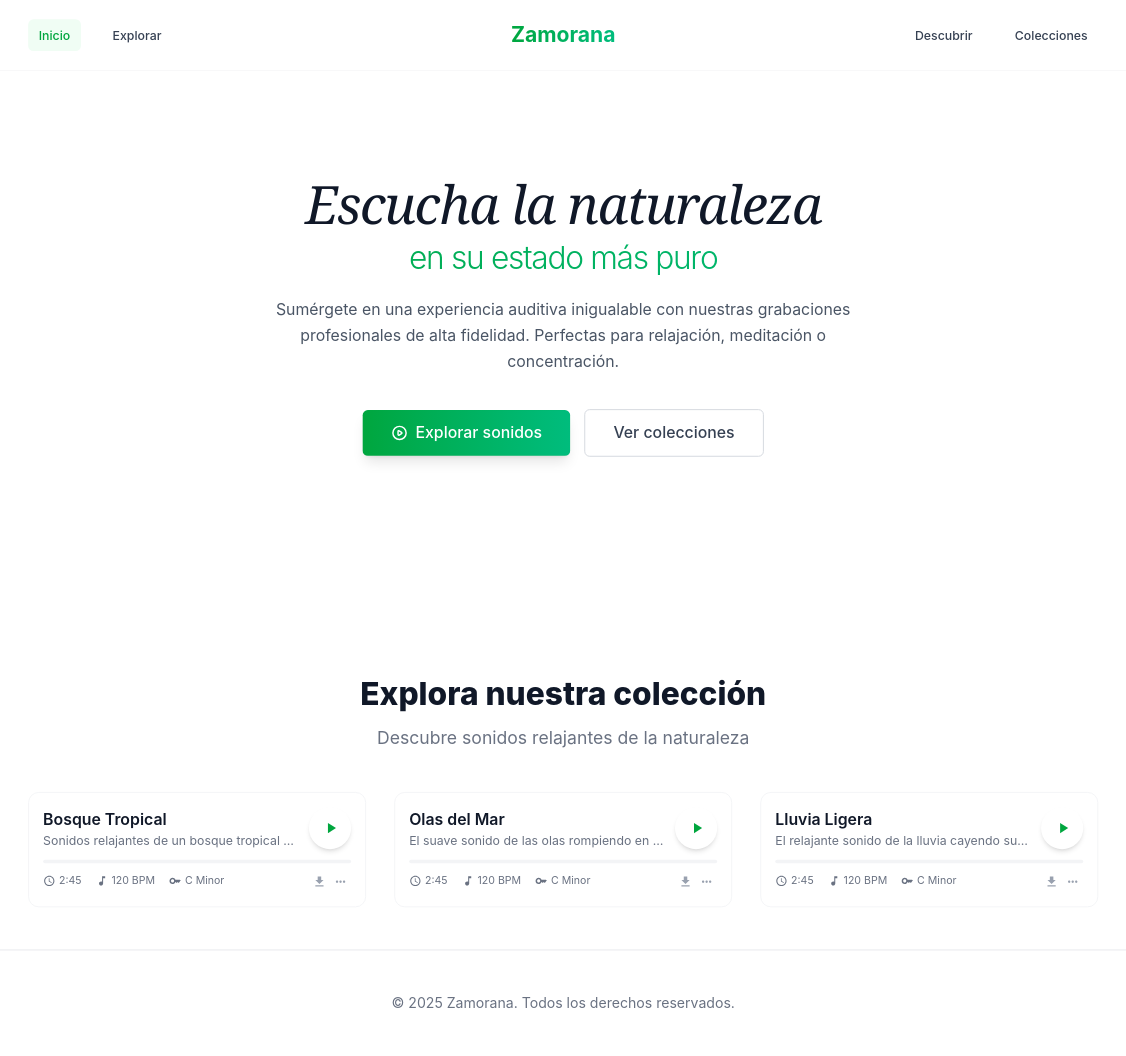
Repository: Alxre98/Zamorana
Page: /
An editor plug-in stored every save of this project. The page is shown before and after the next save, followed by the edit.
The browser window is 1280 px wide. The pictures show the whole page, at 88% of full size.
The project was rebuilt for these pictures with package versions that can differ from the ones it lists, and the page was loaded fresh each time. The framework's server and built-in components were replaced by stand-ins that run in the browser. Also part of the build but not shown: next.config.ts, src/components/molecules/Navigation/index.tsx.

Above is the page before, as saved 2025-06-13 06:46:21.

### src/app/layout.tsx
import type { Metadata } from "next";
import { Geist, Geist_Mono } from "next/font/google";
import "./globals.css";
import { DefaultTemplate } from "@/components/templates/DefaultTemplate";

const geistSans = Geist({
  variable: "--font-geist-sans",
  subsets: ["latin"],
});

const geistMono = Geist_Mono({
  variable: "--font-geist-mono",
  subsets: ["latin"],
});

export const metadata: Metadata = {
  title: "Zamorana - Sonidos de la Naturaleza",
  description: "Explora y descubre los sonidos más relajantes de la naturaleza",
};

export default function RootLayout({
  children,
}: Readonly<{
  children: React.ReactNode;
}>) {
  return (
    <html lang="es">
      <body
        className={`${geistSans.variable} ${geistMono.variable} antialiased`}
      >
        <DefaultTemplate>{children}</DefaultTemplate>
      </body>
    </html>
  );
}

### src/app/page.tsx
"use client";

import { Hero } from "@/components/organisms/Hero";
import { SoundGrid } from "@/components/organisms/SoundGrid";

// Mock data - replace with actual data from your API or CMS
const featuredSounds = [
  {
    id: "1",
    title: "Bosque Tropical",
    description: "Sonidos relajantes de un bosque tropical al amanecer",
    audioSrc: "/sounds/forest.mp3",
    // imageSrc: "/images/forest.jpg", // Uncomment when you have the image
  },
  {
    id: "2",
    title: "Olas del Mar",
    description: "El suave sonido de las olas rompiendo en la orilla",
    audioSrc: "/sounds/ocean.mp3",
    // imageSrc: "/images/ocean.jpg", // Uncomment when you have the image
  },
  {
    id: "3",
    title: "Lluvia Ligera",
    description: "El relajante sonido de la lluvia cayendo suavemente",
    audioSrc: "/sounds/rain.mp3",
    // imageSrc: "/images/rain.jpg", // Uncomment when you have the image
  },
];

export default function Home() {
  return (
    <main>
      <Hero />
      <SoundGrid sounds={featuredSounds} />
    </main>
  );
}

### src/app/globals.css
@import "tailwindcss";

:root {
  --background: #ffffff;
  --foreground: #171717;
}

@theme inline {
  --color-background: var(--background);
  --color-foreground: var(--foreground);
  --font-sans: var(--font-geist-sans);
  --font-mono: var(--font-geist-mono);
}

/* Blob animation */
@keyframes blob {
  0% {
    transform: translate(0px, 0px) scale(1);
  }
  33% {
    transform: translate(30px, -50px) scale(1.1);
  }
  66% {
    transform: translate(-20px, 20px) scale(0.9);
  }
  100% {
    transform: translate(0px, 0px) scale(1);
  }
}

.animate-blob {
  animation: blob 7s infinite;
}

.animation-delay-2000 {
  animation-delay: 2s;
}

.animation-delay-4000 {
  animation-delay: 4s;
}

/* Smooth scroll behavior */
html {
  scroll-behavior: smooth;
}

/* Custom scrollbar */
::-webkit-scrollbar {
  width: 8px;
  height: 8px;
}

::-webkit-scrollbar-track {
  background: #f1f1f1;
  border-radius: 4px;
}

::-webkit-scrollbar-thumb {
  background: #888;
  border-radius: 4px;
}

::-webkit-scrollbar-thumb:hover {
  background: #555;
}

@media (prefers-color-scheme: dark) {
  :root {
    --background: #0a0a0a;
    --foreground: #ededed;
  }

  ::-webkit-scrollbar-track {
    background: #1a1a1a;
  }

  ::-webkit-scrollbar-thumb {
    background: #444;
  }

  ::-webkit-scrollbar-thumb:hover {
    background: #666;
  }
}

body {
  background: var(--background);
  color: var(--foreground);
  font-family: "Inter", system-ui, -apple-system, BlinkMacSystemFont, "Segoe UI",
    Roboto, "Helvetica Neue", Arial, sans-serif;
  -webkit-font-smoothing: antialiased;
  -moz-osx-font-smoothing: grayscale;
}

### src/components/templates/DefaultTemplate/index.tsx
"use client";

import React, { ReactNode } from "react";
import Head from "next/head";
import { Header } from "../../organisms/Header";

interface DefaultTemplateProps {
  children: ReactNode;
  title?: string;
  description?: string;
}

export const DefaultTemplate: React.FC<DefaultTemplateProps> = ({
  children,
  title = "Zamorana - Sonidos de la Naturaleza",
  description = "Explora y descubre los sonidos más relajantes de la naturaleza",
}) => {
  return (
    <div className="min-h-screen flex flex-col">
      <Header />

      <main className="flex-grow">{children}</main>

      <footer className="bg-white border-t border-gray-200">
        <div className="max-w-7xl mx-auto py-12 px-4 overflow-hidden sm:px-6 lg:px-8">
          <p className="text-center text-base text-gray-500">
            &copy; {new Date().getFullYear()} Zamorana. Todos los derechos
            reservados.
          </p>
        </div>
      </footer>
    </div>
  );
};

### src/components/organisms/Hero/index.tsx
"use client";

import React from "react";
import { Button } from "../../atoms/Button";

export const Hero: React.FC = () => {
  return (
    <div className="relative min-h-screen flex flex-col items-center justify-center bg-white py-12">
      <div className="w-full max-w-5xl px-6 mx-auto text-center">
        <h1 className="mb-6 text-4xl font-light tracking-tight text-gray-900 sm:text-5xl md:text-6xl">
          <span className="block font-serif italic text-gray-900">
            Escucha la naturaleza
          </span>
          <span className="mt-3 text-3xl font-light text-transparent bg-clip-text bg-gradient-to-r from-green-600 to-emerald-500 sm:text-4xl block">
            en su estado más puro
          </span>
        </h1>

        <p className="max-w-2xl mx-auto mb-10 text-lg leading-relaxed text-gray-600">
          Sumérgete en una experiencia auditiva inigualable con nuestras
          grabaciones profesionales de alta fidelidad. Perfectas para
          relajación, meditación o concentración.
        </p>

        <div className="flex flex-col items-center justify-center space-y-4 sm:flex-row sm:space-y-0 sm:space-x-4">
          <Button
            variant="primary"
            size="lg"
            className="group relative px-8 py-3 overflow-hidden font-medium text-white bg-gradient-to-r from-green-600 to-emerald-500 hover:from-green-700 hover:to-emerald-600 transition-all duration-300 ease-out rounded-full shadow-lg hover:shadow-green-200"
          >
            <span className="absolute right-0 w-8 h-32 -mt-12 transition-all duration-1000 transform translate-x-12 bg-white opacity-10 rotate-12 group-hover:-translate-x-40 ease"></span>
            <span className="relative flex items-center">
              <svg
                className="w-5 h-5 mr-2"
                fill="none"
                stroke="currentColor"
                viewBox="0 0 24 24"
                xmlns="http://www.w3.org/2000/svg"
              >
                <path
                  strokeLinecap="round"
                  strokeLinejoin="round"
                  strokeWidth="2"
                  d="M14.752 11.168l-3.197-2.132A1 1 0 0010 9.87v4.263a1 1 0 001.555.832l3.197-2.132a1 1 0 000-1.664z"
                ></path>
                <path
                  strokeLinecap="round"
                  strokeLinejoin="round"
                  strokeWidth="2"
                  d="M21 12a9 9 0 11-18 0 9 9 0 0118 0z"
                ></path>
              </svg>
              Explorar sonidos
            </span>
          </Button>

          <Button
            variant="outline"
            size="lg"
            className="px-8 py-3 font-medium transition-all duration-300 border border-gray-300 rounded-full hover:bg-gray-50 hover:border-green-600 hover:text-green-700 focus:outline-none focus:ring-2 focus:ring-offset-2 focus:ring-green-500"
          >
            Ver colecciones
          </Button>
        </div>
      </div>
    </div>
  );
};

// Add these styles to your global CSS
/*
@keyframes blob {
  0% {
    transform: translate(0px, 0px) scale(1);
  }
  33% {
    transform: translate(30px, -50px) scale(1.1);
  }
  66% {
    transform: translate(-20px, 20px) scale(0.9);
  }
  100% {
    transform: translate(0px, 0px) scale(1);
  }
}
.animate-blob {
  animation: blob 7s infinite;
}
.animation-delay-2000 {
  animation-delay: 2s;
}
.animation-delay-4000 {
  animation-delay: 4s;
}
*/

### src/components/organisms/SoundGrid/index.tsx
"use client";

import React from "react";
import { AudioCard } from "../../molecules";

interface SoundItem {
  id: string;
  title: string;
  description: string;
  audioSrc: string;
  imageSrc?: string;
}

interface SoundGridProps {
  sounds: SoundItem[];
  title?: string;
  description?: string;
}

export const SoundGrid: React.FC<SoundGridProps> = ({
  sounds,
  title = "Explora nuestra colección",
  description = "Descubre sonidos relajantes de la naturaleza",
}) => {
  if (!sounds || sounds.length === 0) {
    return (
      <div className="text-center py-12">
        <p className="text-gray-500">
          No hay sonidos disponibles en este momento.
        </p>
      </div>
    );
  }

  return (
    <div className="bg-white py-12">
      <div className="max-w-7xl mx-auto px-4 sm:px-6 lg:px-8">
        <div className="text-center">
          <h2 className="text-3xl font-extrabold text-gray-900 sm:text-4xl">
            {title}
          </h2>
          <p className="mt-3 max-w-2xl mx-auto text-xl text-gray-500 sm:mt-4">
            {description}
          </p>
        </div>

        <div className="mt-12 grid gap-8 md:grid-cols-2 lg:grid-cols-3">
          {sounds.map((sound) => (
            <AudioCard
              key={sound.id}
              title={sound.title}
              description={sound.description}
              audioSrc={sound.audioSrc}
              imageSrc={sound.imageSrc}
              className="h-full"
            />
          ))}
        </div>
      </div>
    </div>
  );
};

### src/components/organisms/Header/index.tsx
"use client";

import React, { useState } from "react";
import Link from "next/link";
import { usePathname } from "next/navigation";
import Icon from "../../atoms/Icon";

export const Header: React.FC = () => {
  const pathname = usePathname();
  const [isMenuOpen, setIsMenuOpen] = useState(false);

  const leftNavItems = [
    { name: "Inicio", href: "/" },
    { name: "Explorar", href: "/explore" },
  ];

  const rightNavItems = [
    { name: "Descubrir", href: "/discover" },
    { name: "Colecciones", href: "/collections" },
  ];

  return (
    <header className="fixed w-full z-50 bg-white/80 backdrop-blur-sm border-b border-gray-100">
      <div className="max-w-7xl mx-auto px-4 sm:px-6 lg:px-8">
        <div className="flex justify-between items-center h-20">
          {/* Left Navigation */}
          <nav className="hidden md:flex items-center space-x-6">
            {leftNavItems.map((item) => (
              <Link
                key={item.name}
                href={item.href}
                className={`text-sm font-medium transition-colors px-3 py-2 rounded-md ${
                  pathname === item.href
                    ? "text-green-600 bg-green-50"
                    : "text-gray-700 hover:text-green-600"
                }`}
              >
                {item.name}
              </Link>
            ))}
          </nav>

          {/* Centered Logo */}
          <div className="absolute left-1/2 transform -translate-x-1/2">
            <Link href="/" className="flex items-center">
              <span className="text-2xl font-bold bg-gradient-to-r from-green-600 to-emerald-500 bg-clip-text text-transparent">
                Zamorana
              </span>
            </Link>
          </div>

          {/* Right Navigation */}
          <nav className="hidden md:flex items-center space-x-6">
            {rightNavItems.map((item) => (
              <Link
                key={item.name}
                href={item.href}
                className={`text-sm font-medium transition-colors px-3 py-2 rounded-md ${
                  pathname === item.href
                    ? "text-green-600 bg-green-50"
                    : "text-gray-700 hover:text-green-600"
                }`}
              >
                {item.name}
              </Link>
            ))}
          </nav>

          {/* Mobile menu button and logo */}
          <div className="md:hidden flex items-center justify-between w-full">
            <button
              onClick={() => setIsMenuOpen(!isMenuOpen)}
              className="p-2 text-gray-700 hover:text-green-600 transition-colors rounded-md"
              aria-label={isMenuOpen ? "Cerrar menú" : "Abrir menú"}
              aria-expanded={isMenuOpen}
            >
              {isMenuOpen ? (
                <Icon name="Close" className="w-6 h-6" />
              ) : (
                <Icon name="Menu" className="w-6 h-6" />
              )}
            </button>

            <Link
              href="/"
              className="absolute left-1/2 transform -translate-x-1/2"
            >
              <span className="text-2xl font-bold bg-gradient-to-r from-green-600 to-emerald-500 bg-clip-text text-transparent">
                Zamorana
              </span>
            </Link>
          </div>
        </div>

        {/* Mobile menu */}
        {isMenuOpen && (
          <div className="md:hidden transition-all duration-300 ease-in-out">
            <div className="px-4 pt-2 pb-4 space-y-1 bg-white border-t border-gray-100">
              {/* Left Navigation - Mobile */}
              <div className="space-y-1">
                <h3 className="px-3 pt-3 text-xs font-semibold text-gray-500 uppercase tracking-wider">
                  Navegación
                </h3>
                {leftNavItems.map((item) => (
                  <Link
                    key={item.name}
                    href={item.href}
                    className={`block px-3 py-2 rounded-md text-base font-medium ${
                      pathname === item.href
                        ? "bg-green-50 text-green-600"
                        : "text-gray-700 hover:bg-gray-50 hover:text-green-600"
                    }`}
                    onClick={() => setIsMenuOpen(false)}
                  >
                    {item.name}
                  </Link>
                ))}
              </div>

              {/* Right Navigation - Mobile */}
              <div className="space-y-1 pt-2 border-t border-gray-100">
                <h3 className="px-3 pt-2 text-xs font-semibold text-gray-500 uppercase tracking-wider">
                  Explora
                </h3>
                {rightNavItems.map((item) => (
                  <Link
                    key={item.name}
                    href={item.href}
                    className={`block px-3 py-2 rounded-md text-base font-medium ${
                      pathname === item.href
                        ? "bg-green-50 text-green-600"
                        : "text-gray-700 hover:bg-gray-50 hover:text-green-600"
                    }`}
                    onClick={() => setIsMenuOpen(false)}
                  >
                    {item.name}
                  </Link>
                ))}
              </div>

              {/* Auth Button - Mobile */}
              <div className="pt-2 border-t border-gray-100">
                <button className="w-full mt-2 px-4 py-2 text-base font-medium text-white text-center bg-gradient-to-r from-green-600 to-emerald-500 rounded-md hover:opacity-90">
                  Iniciar sesión
                </button>
              </div>
            </div>
          </div>
        )}
      </div>
    </header>
  );
};

### src/components/atoms/Button/index.tsx
import React from "react";

interface ButtonProps extends React.ButtonHTMLAttributes<HTMLButtonElement> {
  variant?: "primary" | "secondary" | "outline";
  size?: "sm" | "md" | "lg";
  children: React.ReactNode;
}

export const Button: React.FC<ButtonProps> = ({
  variant = "primary",
  size = "md",
  children,
  className = "",
  ...props
}) => {
  const baseStyles = "rounded-md font-medium transition-colors duration-200";
  const variantStyles = {
    primary: "bg-green-600 text-white hover:bg-green-700",
    secondary: "bg-gray-200 text-gray-900 hover:bg-gray-300",
    outline: "border border-gray-300 text-gray-700 hover:bg-gray-50",
  };
  const sizeStyles = {
    sm: "px-3 py-1.5 text-sm",
    md: "px-4 py-2 text-base",
    lg: "px-6 py-3 text-lg",
  };

  return (
    <button
      className={`${baseStyles} ${variantStyles[variant]} ${sizeStyles[size]} ${className}`}
      {...props}
    >
      {children}
    </button>
  );
};

### src/components/molecules/index.ts
// Molecule components
export * from './AudioCard';
export * from './Navigation';

### src/components/atoms/Icon/index.tsx
import React from "react";

type IconName =
  | "home"
  | "play"
  | "pause"
  | "volume"
  | "Play"
  | "Pause"
  | "Clock"
  | "MusicNote"
  | "Key"
  | "Heart"
  | "Download"
  | "DotsHorizontal"
  | "Menu"
  | "Close"
  | "ChevronDown"
  | "ChevronUp"
  | "User"
  | "Search";

export interface IconProps extends Omit<React.SVGProps<SVGSVGElement>, "name"> {
  name: IconName;
  size?: number;
}

const Icon: React.FC<IconProps> = ({
  name,
  size = 24,
  className = "",
  ...props
}) => {
  // Map of icon names to their respective SVG paths
  const iconMap: Record<string, React.ReactNode> = {
    // Navigation
    home: <path d="M12 2L1 12h3v9h6v-6h4v6h6v-9h3L12 2z" />,

    // Playback
    play: <path d="M8 5v14l11-7z" />,
    pause: <path d="M6 19h4V5H6v14zm8-14v14h4V5h-4z" />,
    volume: (
      <path d="M3 9v6h4l5 5V4L7 9H3zm13.5 3c0-1.77-1.02-3.29-2.5-4.03v8.05c1.48-.73 2.5-2.25 2.5-4.02zM14 3.23v2.06c2.89.86 5 3.54 5 6.71s-2.11 5.85-5 6.71v2.06c4.01-.91 7-4.49 7-8.77s-2.99-7.86-7-8.77z" />
    ),

    // Audio controls
    Play: <path d="M8 5v14l11-7z" />,
    Pause: <path d="M6 19h4V5H6v14zm8-14v14h4V5h-4z" />,

    // Audio info
    Clock: (
      <path d="M11.99 2C6.47 2 2 6.48 2 12s4.47 10 9.99 10C17.52 22 22 17.52 22 12S17.52 2 11.99 2zM12 20c-4.42 0-8-3.58-8-8s3.58-8 8-8 8 3.58 8 8-3.58 8-8 8zm.5-13H11v6l5.25 3.15.75-1.23-4.5-2.67z" />
    ),
    MusicNote: (
      <path d="M12 3v10.55c-.59-.34-1.27-.55-2-.55-2.21 0-4 1.79-4 4s1.79 4 4 4 4-1.79 4-4V7h4V3h-6z" />
    ),
    Key: (
      <path d="M21 10h-8.35C11.83 7.67 9.61 6 7 6c-3.31 0-6 2.69-6 6s2.69 6 6 6c2.61 0 4.83-1.67 5.65-4H13l2 2 2-2 2 2 4-4.99L21 10zM7 15c-1.65 0-3-1.35-3-3s1.35-3 3-3 3 1.35 3 3-1.35 3-3 3z" />
    ),

    // Actions
    Heart: (
      <path d="M12 21.35l-1.45-1.32C5.4 15.36 2 12.28 2 8.5 2 5.42 4.42 3 7.5 3c1.74 0 3.41.81 4.5 2.09C13.09 3.81 14.76 3 16.5 3 19.58 3 22 5.42 22 8.5c0 3.78-3.4 6.86-8.55 11.54L12 21.35z" />
    ),
    Download: <path d="M19 9h-4V3H9v6H5l7 7 7-7zM5 18v2h14v-2H5z" />,
    DotsHorizontal: (
      <path d="M6 10c-1.1 0-2 .9-2 2s.9 2 2 2 2-.9 2-2-.9-2-2-2zm12 0c-1.1 0-2 .9-2 2s.9 2 2 2 2-.9 2-2-.9-2-2-2zm-6 0c-1.1 0-2 .9-2 2s.9 2 2 2 2-.9 2-2-.9-2-2-2z" />
    ),

    // UI
    Menu: <path d="M3 18h18v-2H3v2zm0-5h18v-2H3v2zm0-7v2h18V6H3z" />,
    Close: (
      <path d="M19 6.41L17.59 5 12 10.59 6.41 5 5 6.41 10.59 12 5 17.59 6.41 19 12 13.41 17.59 19 19 17.59 13.41 12 19 6.41z" />
    ),
    ChevronDown: (
      <path d="M7.41 8.59L12 13.17l4.59-4.58L18 10l-6 6-6-6 1.41-1.41z" />
    ),
    ChevronUp: (
      <path d="M7.41 15.41L12 10.83l4.59 4.58L18 14l-6-6-6 6 1.41 1.41z" />
    ),

    // Social
    User: (
      <path d="M12 12c2.21 0 4-1.79 4-4s-1.79-4-4-4-4 1.79-4 4 1.79 4 4 4zm0 2c-2.67 0-8 1.34-8 4v2h16v-2c0-2.66-5.33-4-8-4z" />
    ),
    Search: (
      <path d="M15.5 14h-.79l-.28-.27C15.41 12.59 16 11.11 16 9.5 16 5.91 13.09 3 9.5 3S3 5.91 3 9.5 5.91 16 9.5 16c1.61 0 3.09-.59 4.23-1.57l.27.28v.79l5 4.99L20.49 19l-4.99-5zm-6 0C7.01 14 5 11.99 5 9.5S7.01 5 9.5 5 14 7.01 14 9.5 11.99 14 9.5 14z" />
    ),
  };

  // Get the icon path from the map or use a default icon
  const iconPath = iconMap[name] || iconMap.home;

  return (
    <svg
      width={size}
      height={size}
      viewBox="0 0 24 24"
      fill="currentColor"
      className={`inline-block ${className}`}
      {...props}
    >
      {iconPath}
    </svg>
  );
};

export default Icon;

Loaded but not shown: src/components/molecules/AudioCard/index.tsx (216 lines, source omitted); src/components/molecules/AudioCard/AudioCard.module.css (328 lines, source omitted)

After the next save:
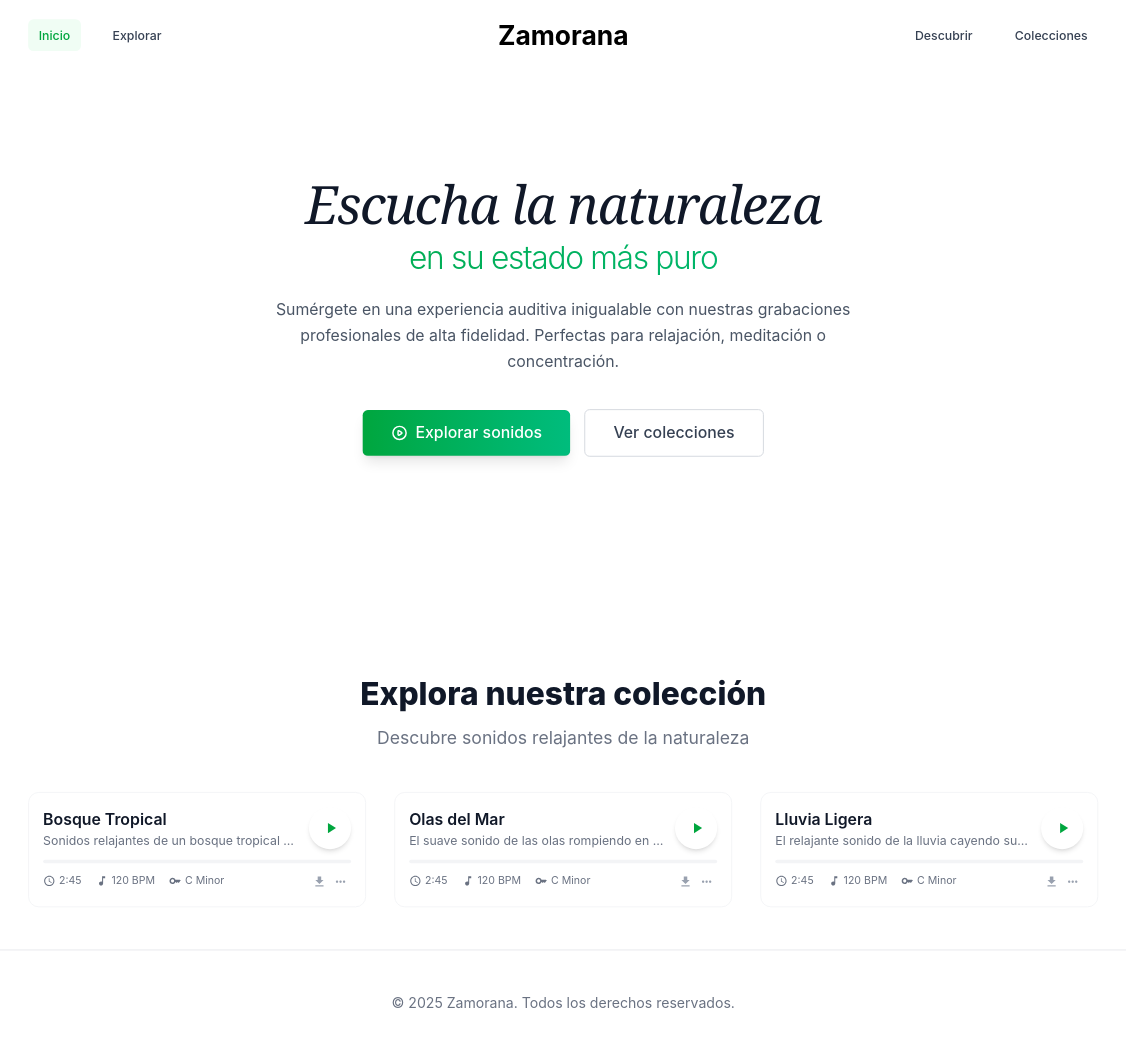
Saved 45 min 37 s later.
--- a/src/components/organisms/Header/index.tsx
+++ b/src/components/organisms/Header/index.tsx
@@ -20,7 +20,7 @@
   ];
 
   return (
-    <header className="fixed w-full z-50 bg-white/80 backdrop-blur-sm border-b border-gray-100">
+    <header className="fixed w-full z-50 bg-white/80 backdrop-blur-sm">
       <div className="max-w-7xl mx-auto px-4 sm:px-6 lg:px-8">
         <div className="flex justify-between items-center h-20">
           {/* Left Navigation */}
@@ -43,9 +43,7 @@
           {/* Centered Logo */}
           <div className="absolute left-1/2 transform -translate-x-1/2">
             <Link href="/" className="flex items-center">
-              <span className="text-2xl font-bold bg-gradient-to-r from-green-600 to-emerald-500 bg-clip-text text-transparent">
-                Zamorana
-              </span>
+              <span className="text-3xl font-bold text-black">Zamorana</span>
             </Link>
           </div>
 
@@ -85,9 +83,7 @@
               href="/"
               className="absolute left-1/2 transform -translate-x-1/2"
             >
-              <span className="text-2xl font-bold bg-gradient-to-r from-green-600 to-emerald-500 bg-clip-text text-transparent">
-                Zamorana
-              </span>
+              <span className="text-3xl font-bold text-black">Zamorana</span>
             </Link>
           </div>
         </div>
